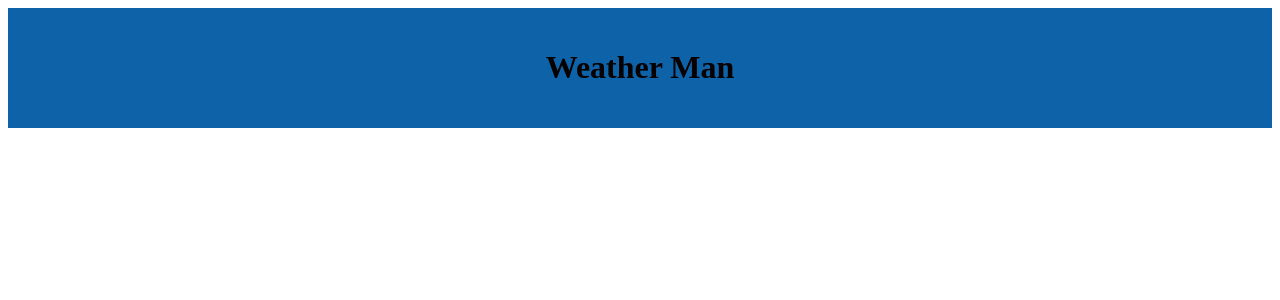
Repository: zackaroo20/Web-Assignment4-API
Page: index.html
The author's editor kept a copy of each file at every save. The page is drawn from the files as they stood at one save, then again after the next save.
The browser window is 1280 px wide. The pictures show the whole page.

Above is the page before, as saved 2026-11-14 17:48:44.

After the next save:
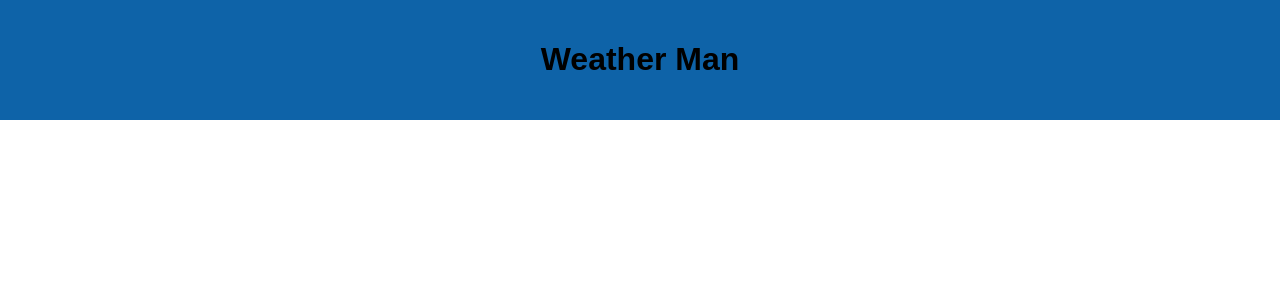
Saved 5 s later.
--- a/fancy.css
+++ b/fancy.css
@@ -4,3 +4,8 @@ header {
   padding: 20px;
   text-align: center;
 }
+body {
+  font-family: Arial, sans-serif;
+  margin: 0;
+  padding: 0;
+}
